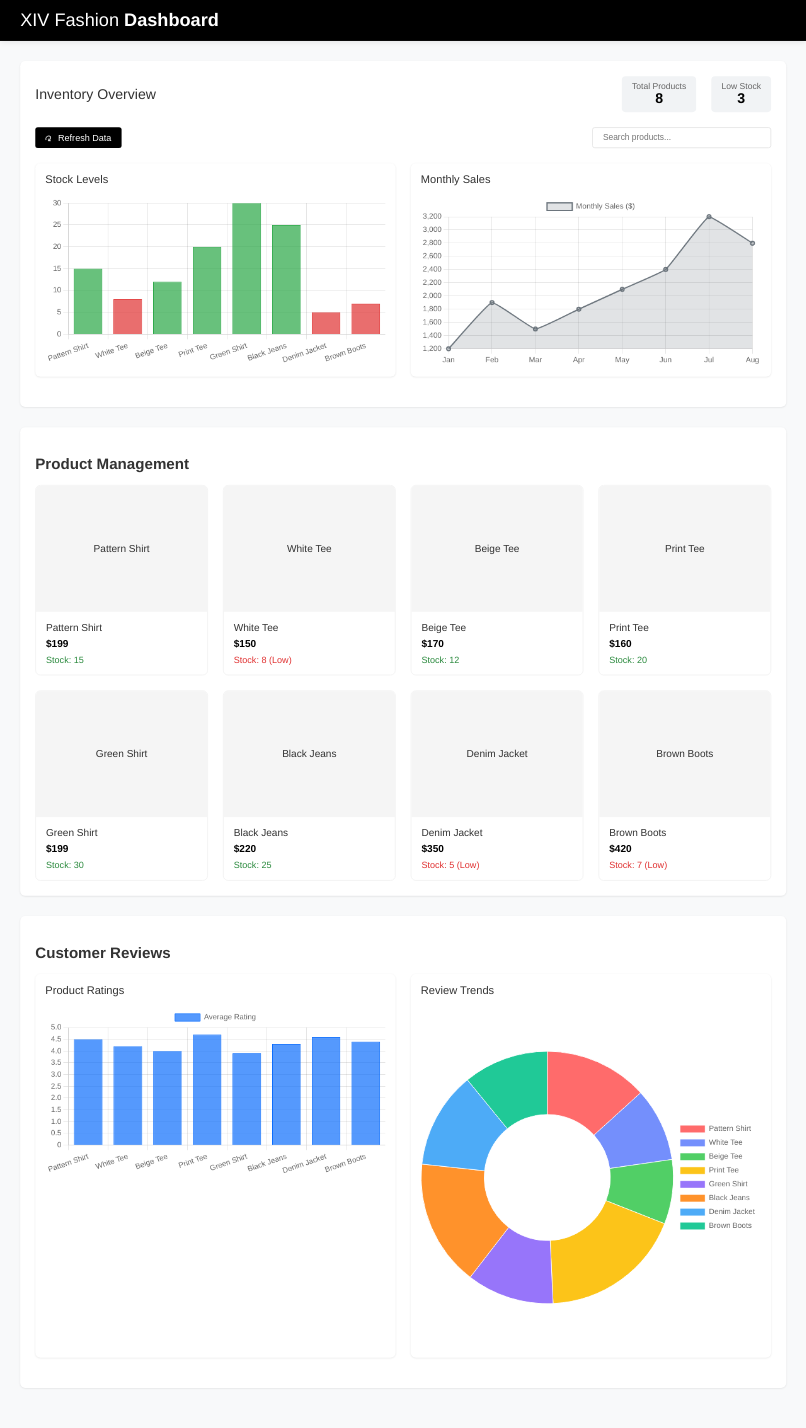
Repository: Diegoms0595/retail-dashboard-app
Page: Dashboard.html
These files come from the project's save history. The page is drawn as it stood at one moment and after the next save; the edit follows.
The browser window is 1280 px wide. The pictures show the whole page, at 63% of full size.

Above is the page before, as saved 2025-06-24 20:47:05.
Console error: TypeError: Cannot set properties of null (setting 'innerHTML')

### Dashboard.html
<!DOCTYPE html>
<html lang="en">
<head>
  <meta charset="UTF-8">
  <meta name="viewport" content="width=device-width, initial-scale=1.0">
  <title>XIV Fashion Dashboard</title>
  <script src="https://cdn.jsdelivr.net/npm/chart.js"></script>
  <link rel="stylesheet" href="DashStyle.css">
</head>
<body>
  <header></header>
  <div class="dashboard-header">
    <h1>XIV Fashion <span>Dashboard</span></h1>
  </div>

  <div class="dashboard-container">
    <!-- Inventory Section -->
    <div class="dashboard-section">
      <div class="section-header">
        <h2>Inventory Overview</h2>
        <div class="summary-box">
          <div class="summary-item">
            <span>Total Products</span>
            <strong id="totalProducts">8</strong>
          </div>
          <div class="summary-item">
            <span>Low Stock</span>
            <strong id="lowStock">2</strong>
          </div>
        </div>
      </div>

      <div class="inventory-controls">
        <button class="refresh-btn">
          <i class="refresh-icon">↻</i> Refresh Data
        </button>
        <div class="search-box">
          <input type="text" placeholder="Search products...">
        </div>
      </div>

      <!-- Charts Row -->
      <div class="charts-row">
        <div class="chart-card">
          <h3>Stock Levels</h3>
          <canvas id="stockChart"></canvas>
        </div>
        <div class="chart-card">
          <h3>Monthly Sales</h3>
          <canvas id="salesChart"></canvas>
        </div>
      </div>
    </div>

    <!-- Products Section -->
    <div class="dashboard-section">
      <h2>Product Management</h2>

      <div class="product-grid" id="productGrid">
        <!-- Product cards will be inserted here by JavaScript -->
      </div>
    </div>

    <!-- Reviews Section -->
    <div class="dashboard-section">
      <h2>Customer Reviews</h2>

      <div class="charts-row">
        <div class="chart-card">
          <h3>Product Ratings</h3>
          <canvas id="ratingsChart"></canvas>
        </div>
        <div class="chart-card">
          <h3>Review Trends</h3>
          <canvas id="reviewsChart"></canvas>
        </div>
      </div>
    </div>
  </div>
  <footer></footer>

  <script src="DashScript.js"></script>
  <script>
    fetch('header.html')
      .then(res => res.text())
      .then(data => {
        document.getElementById('header').innerHTML = data;
      });

    fetch('footer.html')
      .then(res => res.text())
      .then(data => {
        document.getElementById('footer').innerHTML = data;
      });
  </script>
</body>
</html>

### DashStyle.css
    /* Base Styles */
body {
  font-family: 'Helvetica Neue', Arial, sans-serif;
  margin: 0;
  padding: 0;
  background-color: #f8f9fa;
  color: #333;
}

.dashboard-header {
  background-color: #000;
  color: #fff;
  padding: 1rem 2rem;
  box-shadow: 0 2px 10px rgba(0,0,0,0.1);
}

.dashboard-header h1 {
  margin: 0;
  font-size: 1.8rem;
  font-weight: 300;
}

.dashboard-header h1 span {
  font-weight: 600;
}

.dashboard-container {
  padding: 2rem;
  max-width: 1400px;
  margin: 0 auto;
}

.dashboard-section {
  background: #fff;
  border-radius: 8px;
  box-shadow: 0 1px 3px rgba(0,0,0,0.1);
  padding: 1.5rem;
  margin-bottom: 2rem;
}

.section-header {
  display: flex;
  justify-content: space-between;
  align-items: center;
  margin-bottom: 1.5rem;
}

.section-header h2 {
  margin: 0;
  font-size: 1.4rem;
  font-weight: 500;
}

.summary-box {
  display: flex;
  gap: 1.5rem;
}

.summary-item {
  text-align: center;
  padding: 0.5rem 1rem;
  background: #f1f3f5;
  border-radius: 6px;
}

.summary-item span {
  display: block;
  font-size: 0.85rem;
  color: #666;
}

.summary-item strong {
  font-size: 1.4rem;
  font-weight: 600;
  color: #000;
}

.inventory-controls {
  display: flex;
  justify-content: space-between;
  margin-bottom: 1.5rem;
}

.refresh-btn {
  background: #000;
  color: #fff;
  border: none;
  padding: 0.5rem 1rem;
  border-radius: 4px;
  cursor: pointer;
  display: flex;
  align-items: center;
  gap: 0.5rem;
  font-size: 0.9rem;
}

.refresh-icon {
  display: inline-block;
  animation: spin 2s linear infinite;
}

.search-box input {
  padding: 0.5rem 1rem;
  border: 1px solid #ddd;
  border-radius: 4px;
  width: 250px;
}

.charts-row {
  display: grid;
  grid-template-columns: 1fr 1fr;
  gap: 1.5rem;
  margin-bottom: 1.5rem;
}

.chart-card {
  background: #fff;
  border-radius: 8px;
  box-shadow: 0 1px 3px rgba(0,0,0,0.1);
  padding: 1rem;
}

.chart-card h3 {
  margin: 0 0 1rem 0;
  font-size: 1.1rem;
  font-weight: 500;
}

.product-grid {
  display: grid;
  grid-template-columns: repeat(auto-fill, minmax(250px, 1fr));
  gap: 1.5rem;
}

.product-card {
  border: 1px solid #eee;
  border-radius: 8px;
  overflow: hidden;
  transition: transform 0.2s;
}

.product-card:hover {
  transform: translateY(-5px);
}

.product-image {
  height: 200px;
  background-color: #f5f5f5;
  display: flex;
  align-items: center;
  justify-content: center;
}

.product-info {
  padding: 1rem;
}

.product-name {
  font-weight: 500;
  margin: 0 0 0.5rem 0;
}

.product-price {
  font-weight: 600;
  color: #000;
  margin-bottom: 0.5rem;
}

.product-stock {
  font-size: 0.9rem;
}

.stock-low {
  color: #e03131;
}

.stock-ok {
  color: #2b8a3e;
}

@keyframes spin {
  from { transform: rotate(0deg); }
  to { transform: rotate(360deg); }
}

### DashScript.js
// Sample product data
const products = [
  { id: 1, name: "Pattern Shirt", stock: 15, sales: 320, price: 199, reviews: 45, rating: 4.5, image: "placeholder" },
  { id: 2, name: "White Tee", stock: 8, sales: 210, price: 150, reviews: 32, rating: 4.2, image: "placeholder" },
  { id: 3, name: "Beige Tee", stock: 12, sales: 180, price: 170, reviews: 28, rating: 4.0, image: "placeholder" },
  { id: 4, name: "Print Tee", stock: 20, sales: 450, price: 160, reviews: 62, rating: 4.7, image: "placeholder" },
  { id: 5, name: "Green Shirt", stock: 30, sales: 520, price: 199, reviews: 38, rating: 3.9, image: "placeholder" },
  { id: 6, name: "Black Jeans", stock: 25, sales: 380, price: 220, reviews: 55, rating: 4.3, image: "placeholder" },
  { id: 7, name: "Denim Jacket", stock: 5, sales: 280, price: 350, reviews: 42, rating: 4.6, image: "placeholder" },
  { id: 8, name: "Brown Boots", stock: 7, sales: 190, price: 420, reviews: 37, rating: 4.4, image: "placeholder" }
];

// Initialize dashboard
document.addEventListener('DOMContentLoaded', function() {
  updateSummary();
  renderProductGrid();
  initializeCharts();
});

// Update summary stats
function updateSummary() {
  document.getElementById('totalProducts').textContent = products.length;
  const lowStockCount = products.filter(p => p.stock < 10).length;
  document.getElementById('lowStock').textContent = lowStockCount;
}

// Render product grid
function renderProductGrid() {
  const gridContainer = document.getElementById('productGrid');
  gridContainer.innerHTML = '';

  products.forEach(product => {
    const productCard = document.createElement('div');
    productCard.className = 'product-card';

    productCard.innerHTML = `
      <div class="product-image">
        <span>${product.name}</span>
      </div>
      <div class="product-info">
        <h4 class="product-name">${product.name}</h4>
        <div class="product-price">$${product.price}</div>
        <div class="product-stock ${product.stock < 10 ? 'stock-low' : 'stock-ok'}">
          Stock: ${product.stock} ${product.stock < 10 ? '(Low)' : ''}
        </div>
      </div>
    `;

    gridContainer.appendChild(productCard);
  });
}

// Initialize charts
function initializeCharts() {
  // Stock Chart
  const stockCtx = document.getElementById('stockChart').getContext('2d');
  new Chart(stockCtx, {
    type: 'bar',
    data: {
      labels: products.map(p => p.name),
      datasets: [{
        label: 'Current Stock',
        data: products.map(p => p.stock),
        backgroundColor: products.map(p => p.stock < 10 ? 'rgba(224, 49, 49, 0.7)' : 'rgba(40, 167, 69, 0.7)'),
        borderColor: products.map(p => p.stock < 10 ? 'rgba(224, 49, 49, 1)' : 'rgba(40, 167, 69, 1)'),
        borderWidth: 1
      }]
    },
    options: {
      responsive: true,
      plugins: {
        legend: {
          display: false
        }
      },
      scales: {
        y: {
          beginAtZero: true
        }
      }
    }
  });

  // Sales Chart
  const salesData = {
    'Jan': 1200,
    'Feb': 1900,
    'Mar': 1500,
    'Apr': 1800,
    'May': 2100,
    'Jun': 2400,
    'Jul': 3200,
    'Aug': 2800
  };

  const salesCtx = document.getElementById('salesChart').getContext('2d');
  new Chart(salesCtx, {
    type: 'line',
    data: {
      labels: Object.keys(salesData),
      datasets: [{
        label: 'Monthly Sales ($)',
        data: Object.values(salesData),
        backgroundColor: 'rgba(108, 117, 125, 0.2)',
        borderColor: 'rgba(108, 117, 125, 1)',
        borderWidth: 2,
        tension: 0.1,
        fill: true
      }]
    },
    options: {
      responsive: true
    }
  });

  // Ratings Chart
  const ratingsCtx = document.getElementById('ratingsChart').getContext('2d');
  new Chart(ratingsCtx, {
    type: 'bar',
    data: {
      labels: products.map(p => p.name),
      datasets: [{
        label: 'Average Rating',
        data: products.map(p => p.rating),
        backgroundColor: 'rgba(13, 110, 253, 0.7)',
        borderColor: 'rgba(13, 110, 253, 1)',
        borderWidth: 1
      }]
    },
    options: {
      responsive: true,
      scales: {
        y: {
          min: 0,
          max: 5
        }
      }
    }
  });

  // Reviews Chart
  const reviewsCtx = document.getElementById('reviewsChart').getContext('2d');
  new Chart(reviewsCtx, {
    type: 'doughnut',
    data: {
      labels: products.map(p => p.name),
      datasets: [{
        label: 'Customer Reviews',
        data: products.map(p => p.reviews),
        backgroundColor: [
          '#ff6b6b', '#748ffc', '#51cf66', '#fcc419', '#9775fa',
          '#ff922b', '#4dabf7', '#20c997'
        ],
        borderWidth: 1
      }]
    },
    options: {
      responsive: true,
      plugins: {
        legend: {
          position: 'right'
        }
      }
    }
  });
}

// Refresh button functionality
document.querySelector('.refresh-btn').addEventListener('click', function() {
  this.innerHTML = '<i class="refresh-icon">↻</i> Refreshing...';

  // Simulate refresh delay
  setTimeout(() => {
    this.innerHTML = '<i class="refresh-icon">↻</i> Refresh Data';
  }, 1000);
});

### header.html
<header class="site-header">
  <nav class="main-nav">
    <a href="./index.html" class="active">Home</a>
    <a href="./Product.html">Products</a>
    <a href="#">New</a>
  </nav>
  <div class="top-icons">
    <button class="icon-btn">
      <img src="Assets/shopping-cart.png" alt="Cart Icon">
    </button>
    <button class="icon-btn">
      <img src="Assets/magnifying-glass-1083378_1280.png" alt="Search Icon">
    </button>
  </div>
</header>

### footer.html
 <!-- Footer -->
  <footer class="site-footer">
    <div class="footer-links">
      <a href="#">About Us</a>
      <a href="#">Contact</a>
      <a href="#">Privacy Policy</a>
      <a href="#">Terms of Service</a>
    </div>
    <div class="footer-brand">
      <span class="footer-arrow">&#9654;</span>
      <span class="footer-xiv">XIV</span>
      <span class="footer-qr">QR</span>
    </div>
  </footer>

After the next save:
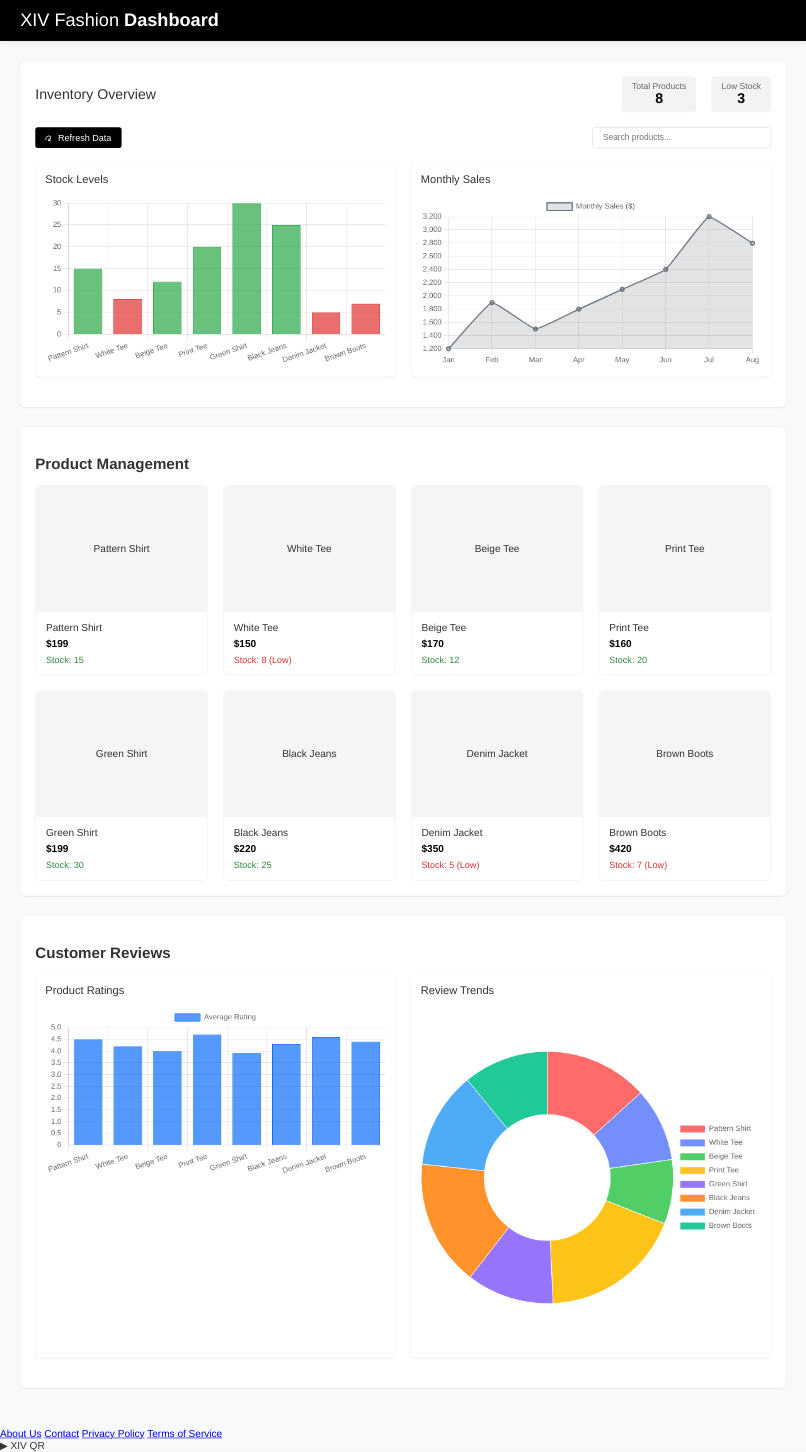
Saved 23 s later.
--- a/Dashboard.html
+++ b/Dashboard.html
@@ -77,7 +77,7 @@
       </div>
     </div>
   </div>
-  <footer></footer>
+  <footer> <div id="footer"></div></footer>
 
   <script src="DashScript.js"></script>
   <script>
